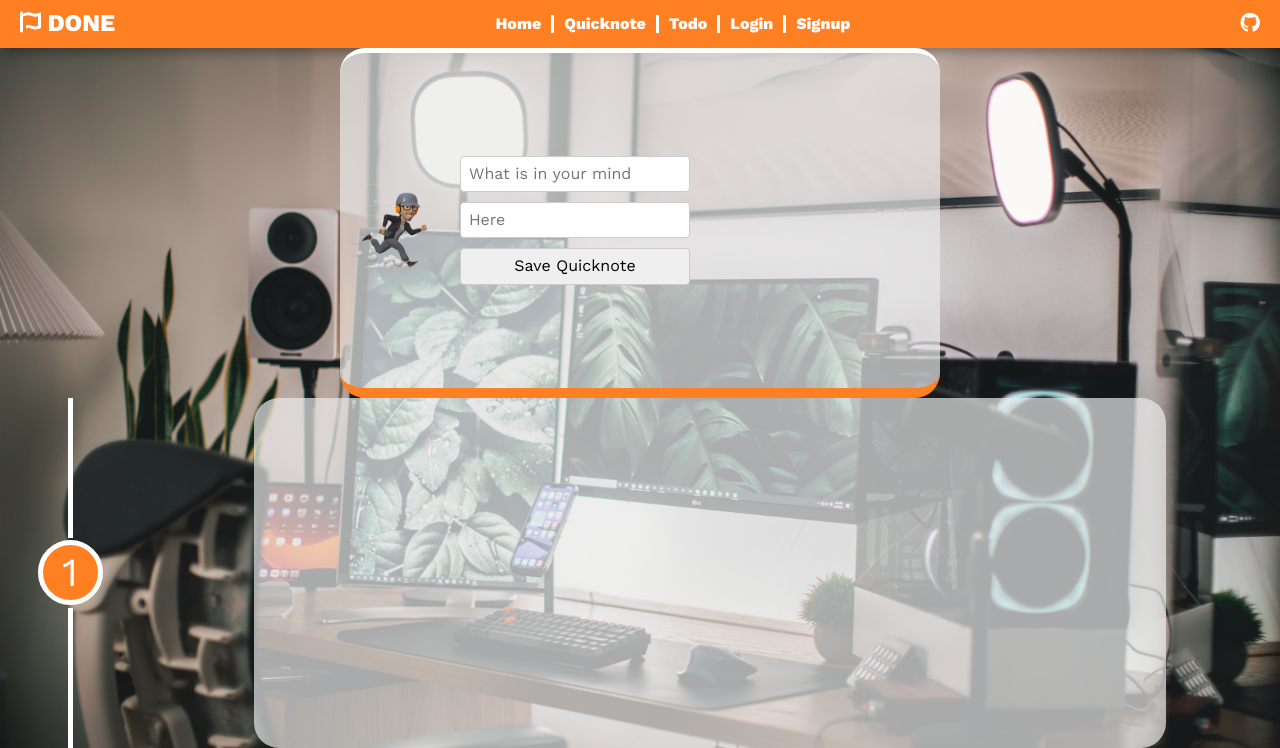
Repository: OmarEssameldinMousa/DONE
Page: quicknote.html
The author's editor kept a copy of each file at every save. The page is drawn from the files as they stood at one save, then again after the next save.
The browser window is 1280 px wide. The pictures show the whole page.
Backgrounds fixed to the window are drawn as part of the page. Some web fonts or font styles are not loaded; a fallback is used.

Above is the page before, as saved 2023-12-18 01:28:59.

After the next save:
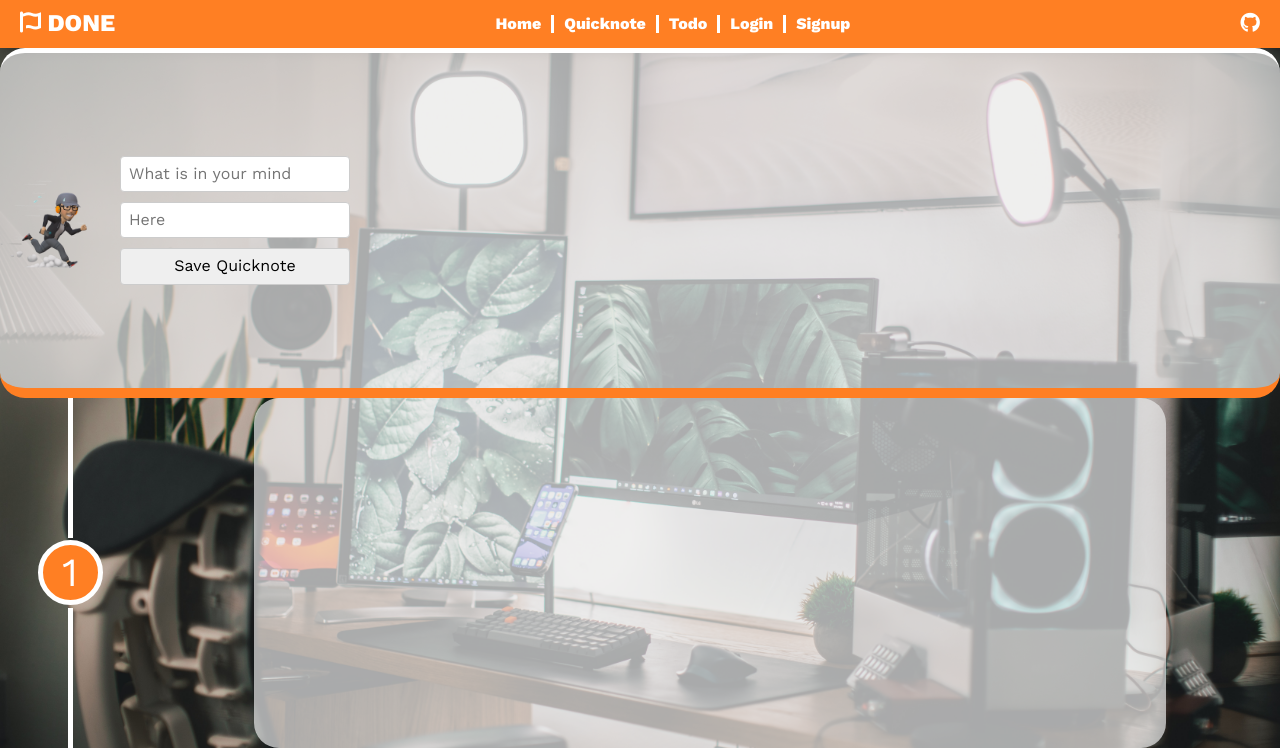
Saved 21 s later.
--- a/CSS/challenges.css
+++ b/CSS/challenges.css
@@ -174,7 +174,7 @@ body {
     gap: 20px;
     /* Optional: To adjust the width of the container */
     width: 100%;
-    max-width: 600px; /* Set the desired maximum width */
+
     margin: 0 auto; /* Center the container */
 }
 
